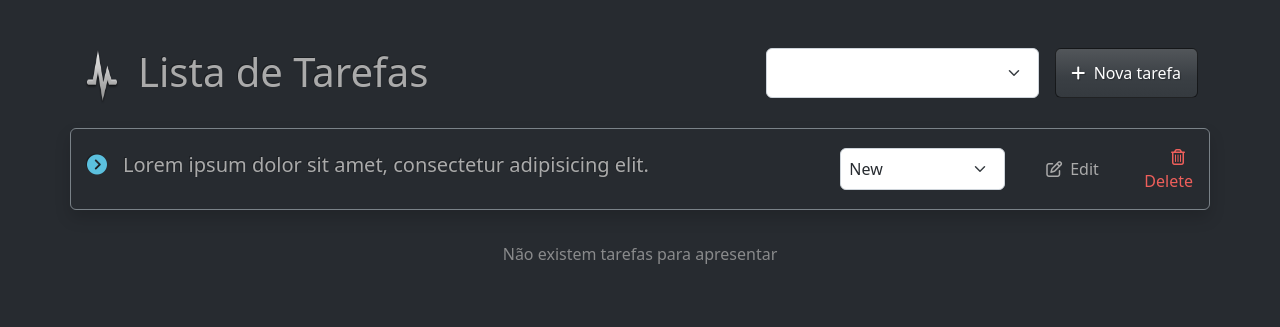
Repository: cargugati/lista_tarefas
Page: frontEnd/index.html
The author's editor kept a copy of each file at every save. The page is drawn from the files as they stood at one save, then again after the next save.
The browser window is 1280 px wide. The pictures show the whole page.

Above is the page before, as saved 2023-03-18 23:08:12.

### frontEnd/index.html
<!DOCTYPE html>
<html lang="pt-br">

<head>
  <meta charset="UTF-8">
  <meta http-equiv="X-UA-Compatible" content="IE=edge">
  <meta name="viewport" content="width=device-width, initial-scale=1.0">
  <title>Lista de Tarefas</title>
  <link rel="stylesheet" href="./assets/css/bootstrap.min.css">
  <link rel="stylesheet" href="./assets/fontawesome/css/all.min.css">
  <link rel="shortcut icon" href="./assets/images/favicon.png" type="image/png">
</head>

<body>
  <div class="container my-5">

    <!-- cabeçalho -->
    <div class="row mb-4">
      <div class="col">
        <div class="d-flex justify-content-start">
          <img src="./assets/images/favicon.png" alt="Logo" class="img-fluid me-3" width="40px">
          <h1>Lista de Tarefas</h1>
        </div>

      </div>
      <div class="col text-end">
        <div class="d-flex justify-content-end">
          <select id="select_filter" class="form-select w-50 p-2 me-3">
            <option value=""></option>
            <option value="1">filtro 1</option>
          </select>
          <a href="new_task.html" class="btn btn-primary"><i class="fa-solid fa-plus me-2"></i>Nova tarefa</a>
        </div>
      </div>
    </div>

    <!-- aspecto visual de uma tarefa -->
    <div class="row mb-3">
      <div class="col-12 border border-secondary rounded p-3 shadow">
        <div class="row align-items-center">
          <div class="col-8">
            <div class="d-flex align-items-center">
              <h5 class="me-3 text-info"> <i class="fa-solid fa-circle-chevron-right"></i> </h5>
              <h5>Lorem ipsum dolor sit amet, consectetur adipisicing elit.</h5>
            </div>
          </div>
          <div class="col-2">
            <select id="task_status" class="form-select p-2">
              <option value="new">New</option>
              <option value="in progress">In progress</option>
              <option value="canceled">Canceled</option>
              <option value="done">Done</option>
            </select>
          </div>
          <div class="col-1 text-end"><i class="fa-regular fa-pen-to-square me-2"></i>Edit</div>
          <div class="col-1 text-end text-danger"><i class="fa-regular fa-trash-can me-2"></i>Delete</div>
        </div>
      </div>
    </div>

    <!-- total tarefas -->
    <div class="row">
      <div class="col">
        <p></p>
      </div>
    </div>

    <!-- sem tarefa -->
    <div class="row " id="no_tasks">
      <div class="col text-center">
        <span class="opacity-75">Não existem tarefas para apresentar</span>
      </div>
    </div>
  </div>


  <script src="./assets/js/bootstrap.bundle.min.js"></script>
</body>

</html>

Loaded but not shown: frontEnd/assets/css/bootstrap.min.css (library); frontEnd/assets/fontawesome/css/all.min.css (library); frontEnd/assets/js/bootstrap.bundle.min.js (library)

After the next save:
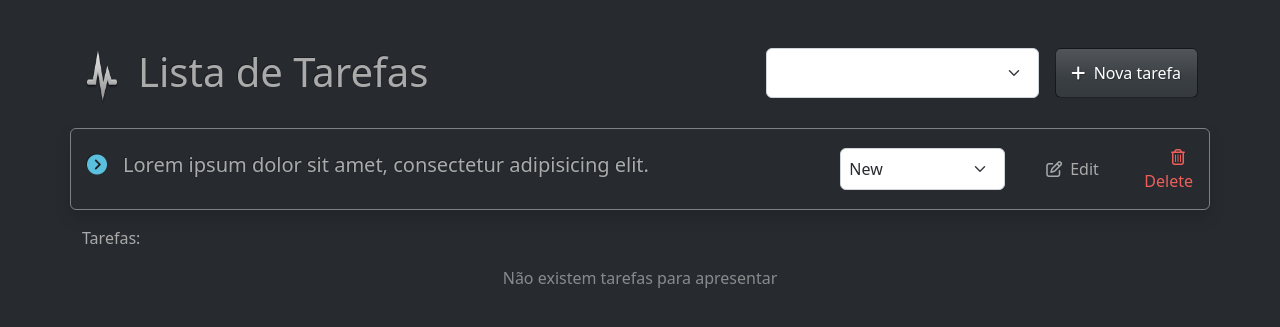
Saved 16 s later.
--- a/frontEnd/index.html
+++ b/frontEnd/index.html
@@ -61,7 +61,7 @@
     <!-- total tarefas -->
     <div class="row">
       <div class="col">
-        <p></p>
+        <p>Tarefas: </p>
       </div>
     </div>
 
